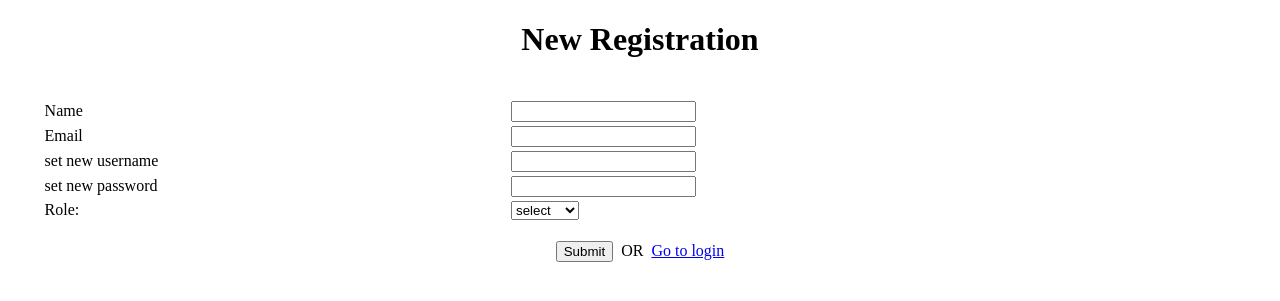
Repository: viraj2623/My_projects
Page: loginandregpr/src/main/webapp/Registration.html
The author's editor kept a copy of each file at every save. The page is drawn from the files as they stood at one save, then again after the next save.
The browser window is 1280 px wide. The pictures show the whole page.

Above is the page before, as saved 2025-03-04 08:19:54.

After the next save:
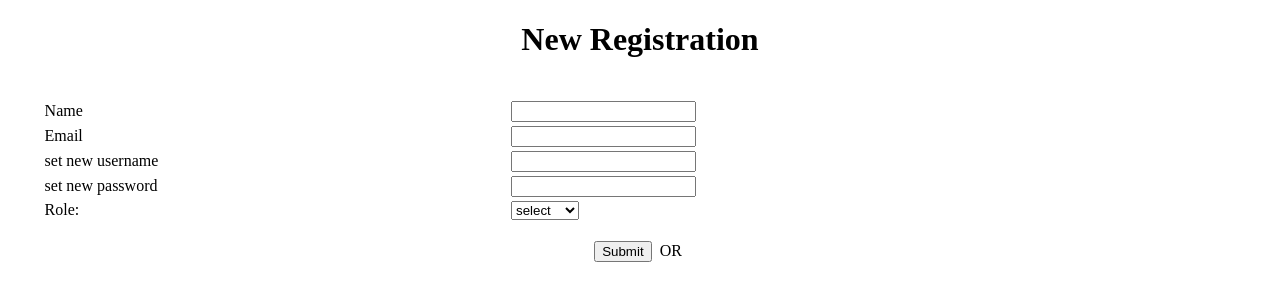
Saved 2 min 47 s later.
--- a/loginandregpr/src/main/webapp/Registration.html
+++ b/loginandregpr/src/main/webapp/Registration.html
@@ -41,7 +41,7 @@
     </tr>
    </table><br/>
    <input type="submit" class="btn btn-outline-success" value="Submit" />&nbsp; OR&nbsp;
-   <a type="button"  href="login.html">Go to login </a>
+
    </div>
   </form>
  </div>
